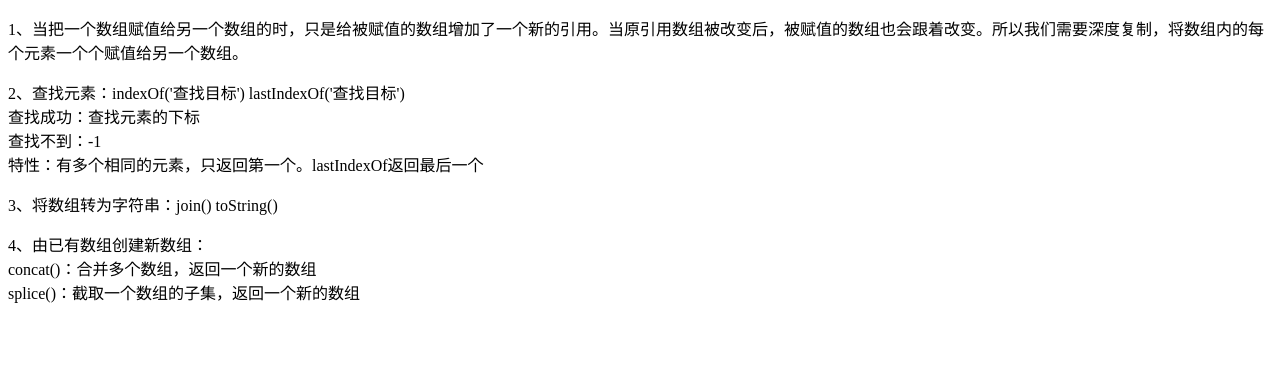
Repository: 15878162243/nodejsNote
Page: node方法.html
The author's editor kept a copy of each file at every save. The page is drawn from the files as they stood at one save, then again after a run of saves.
The browser window is 1280 px wide. The pictures show the whole page.

Above is the page before, as saved 2022-09-25 15:38:05.

### node方法.html
<!DOCTYPE html>
<html>
	<head>
		<meta charset="utf-8">
		<title></title>
	</head>
	<body>

		<p>1、当把一个数组赋值给另一个数组的时，只是给被赋值的数组增加了一个新的引用。当原引用数组被改变后，被赋值的数组也会跟着改变。所以我们需要深度复制，将数组内的每个元素一个个赋值给另一个数组。</p>
		<script>
			var nums1 = []; // 1-100
			var nums2 = [];
			for(var i = 0; i < 100; i++){
				nums1[i] = i+1;
				nums2[i] = i+1;
			}

			// 将数组内的每个元素一个个赋值给另一个数组。
			function copy(arr1, arr2){
				for(var i = 0; i < arr1.length; i++){
					arr2[i] = arr1[i]
				}
			}

			var samenums1 = nums1; // 浅复制
			nums1[0] = 400
			console.log('word 1: '+samenums1[0]) // 400

			var samenums2 = []
			copy(nums2,samenums2)	 // 深复制
			nums2[0] = 400
			console.log('word 1: '+samenums2[0]) // 1
		</script>

		<p>2、查找元素：indexOf('查找目标') lastIndexOf('查找目标')<br />
			查找成功：查找元素的下标<br />
			查找不到：-1<br />
			特性：有多个相同的元素，只返回第一个。lastIndexOf返回最后一个
		</p>
		<script>
			var indexArr = ["daom","fhjak","vnska","daom"]
			console.log('word 2: '+indexArr.indexOf('vnska')) // 2
			console.log('word 2: '+indexArr.indexOf('dad'))   // -1
			console.log('word 2: '+indexArr.lastIndexOf('daom'))   // 3
		</script>

		<p>3、将数组转为字符串：join()  toString()</p>
		<script>
			var indexArr = ["daom","fhjak","vnska","daom"]
			console.log('word 3: '+indexArr.join())
			console.log('word 3: '+indexArr.toString())
			// daom,fhjak,vnska,daom
		</script>

		<p>4、由已有数组创建新数组：<br />
			concat()：合并多个数组，返回一个新的数组<br />
			splice()：截取一个数组的子集，返回一个新的数组<br />
		</p>



	</body>
</html>

After the next 2 saves:
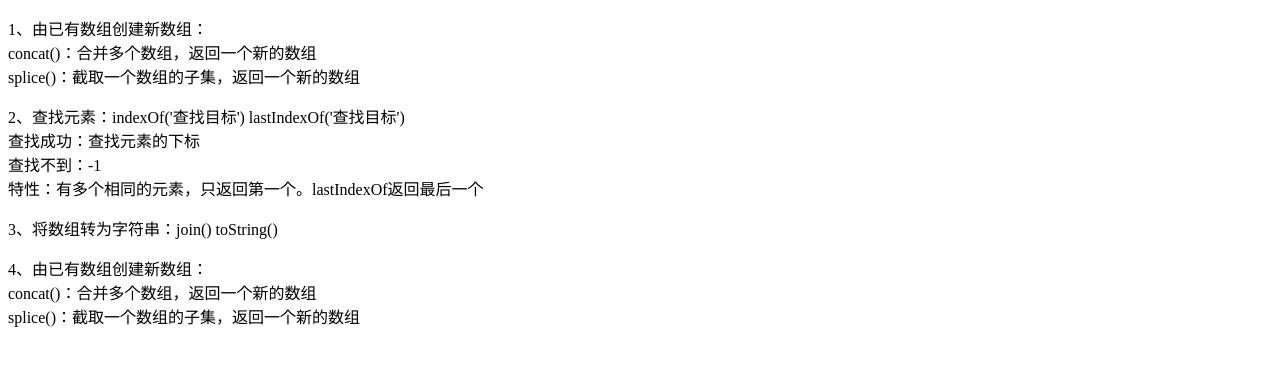
The 2 saves are shown as one change because they came seconds apart.
The last was saved 26 s later.
--- a/node方法.html
+++ b/node方法.html
@@ -6,7 +6,10 @@
 	</head>
 	<body>
 
-		<p>1、当把一个数组赋值给另一个数组的时，只是给被赋值的数组增加了一个新的引用。当原引用数组被改变后，被赋值的数组也会跟着改变。所以我们需要深度复制，将数组内的每个元素一个个赋值给另一个数组。</p>
+		<p>1、由已有数组创建新数组：<br />
+			concat()：合并多个数组，返回一个新的数组<br />
+			splice()：截取一个数组的子集，返回一个新的数组<br />
+		</p>
 		<script>
 			var nums1 = []; // 1-100
 			var nums2 = [];
